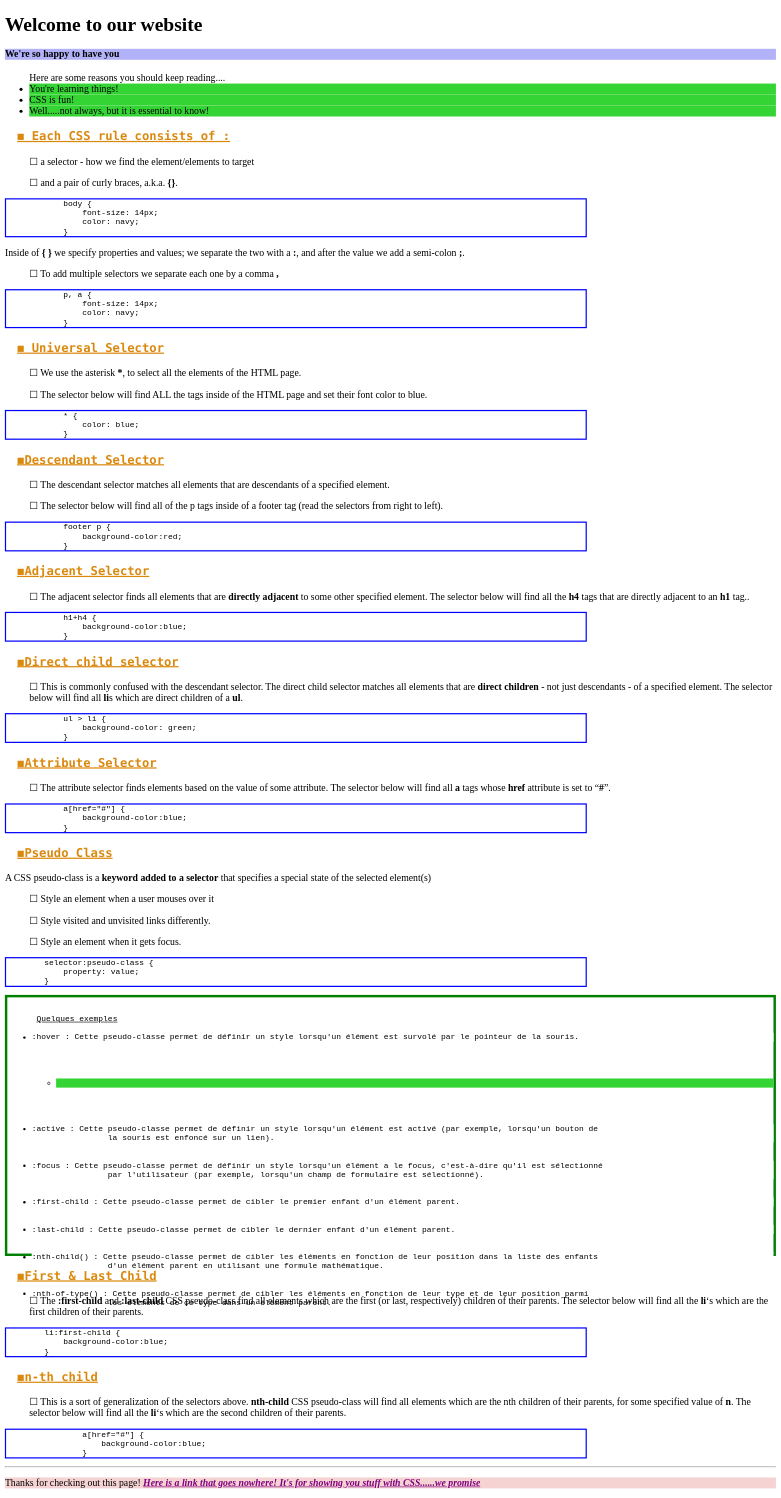
Repository: AnnaSpirit/Tests__
Page: CSS/Useful_Selectors.html
An editor plug-in stored every save of this project. The page is shown before and after the next save, followed by the edit.
The browser window is 1280 px wide. The pictures show the whole page, at 61% of full size.

Above is the page before, as saved 2024-04-01 18:20:30.

After the next save:
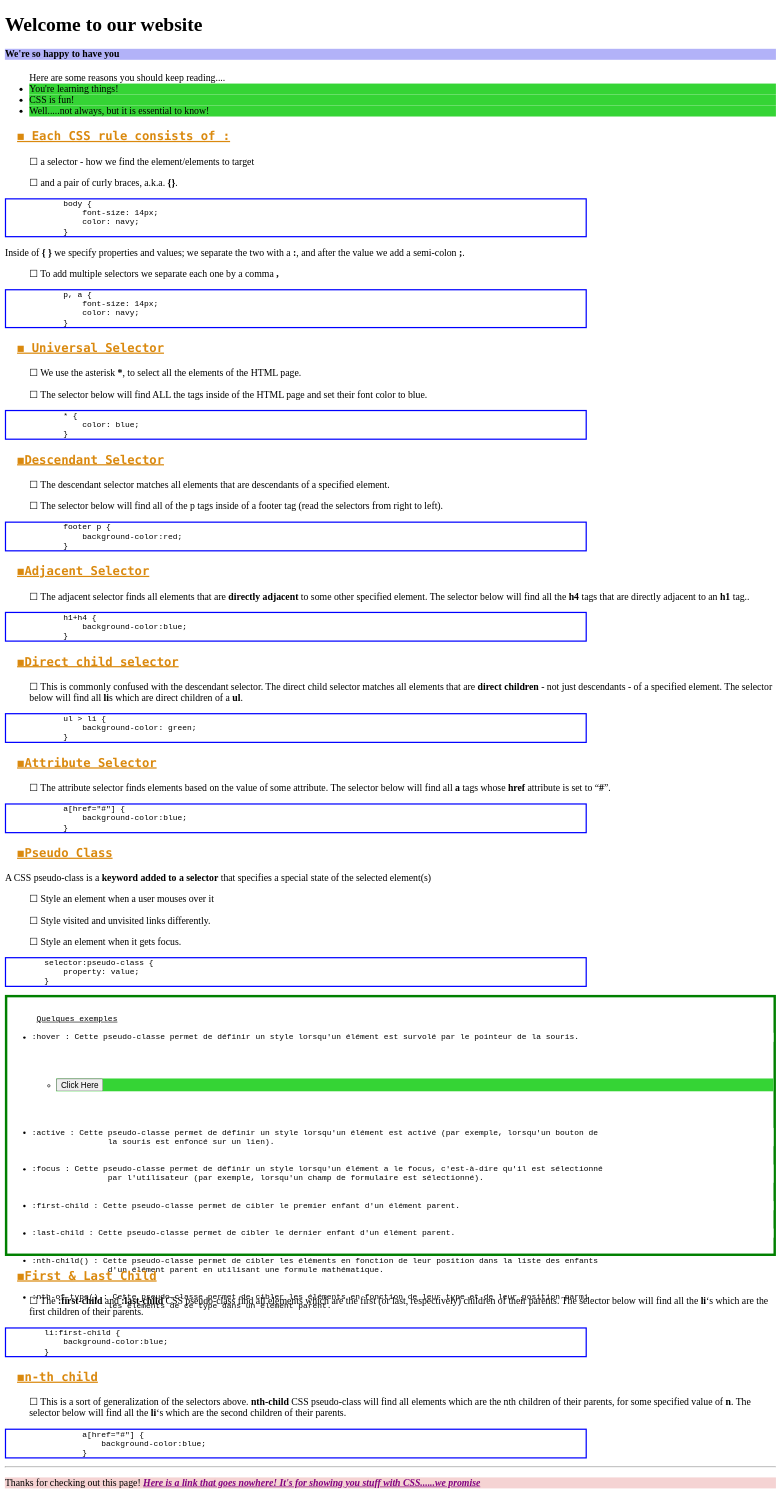
Saved 15 s later.
--- a/CSS/Useful_Selectors.html
+++ b/CSS/Useful_Selectors.html
@@ -99,7 +99,7 @@
             <ul> <u>Quelques exemples</u>
                 <li>:hover : Cette pseudo-classe permet de définir un style lorsqu'un élément est survolé par le pointeur de la souris.</li>
                 <ul>
-                    <li></li>
+                    <li><button>Click Here</button></li>
                 </ul>
                 <li>:active : Cette pseudo-classe permet de définir un style lorsqu'un élément est activé (par exemple, lorsqu'un bouton de
                 la souris est enfoncé sur un lien).</li>
